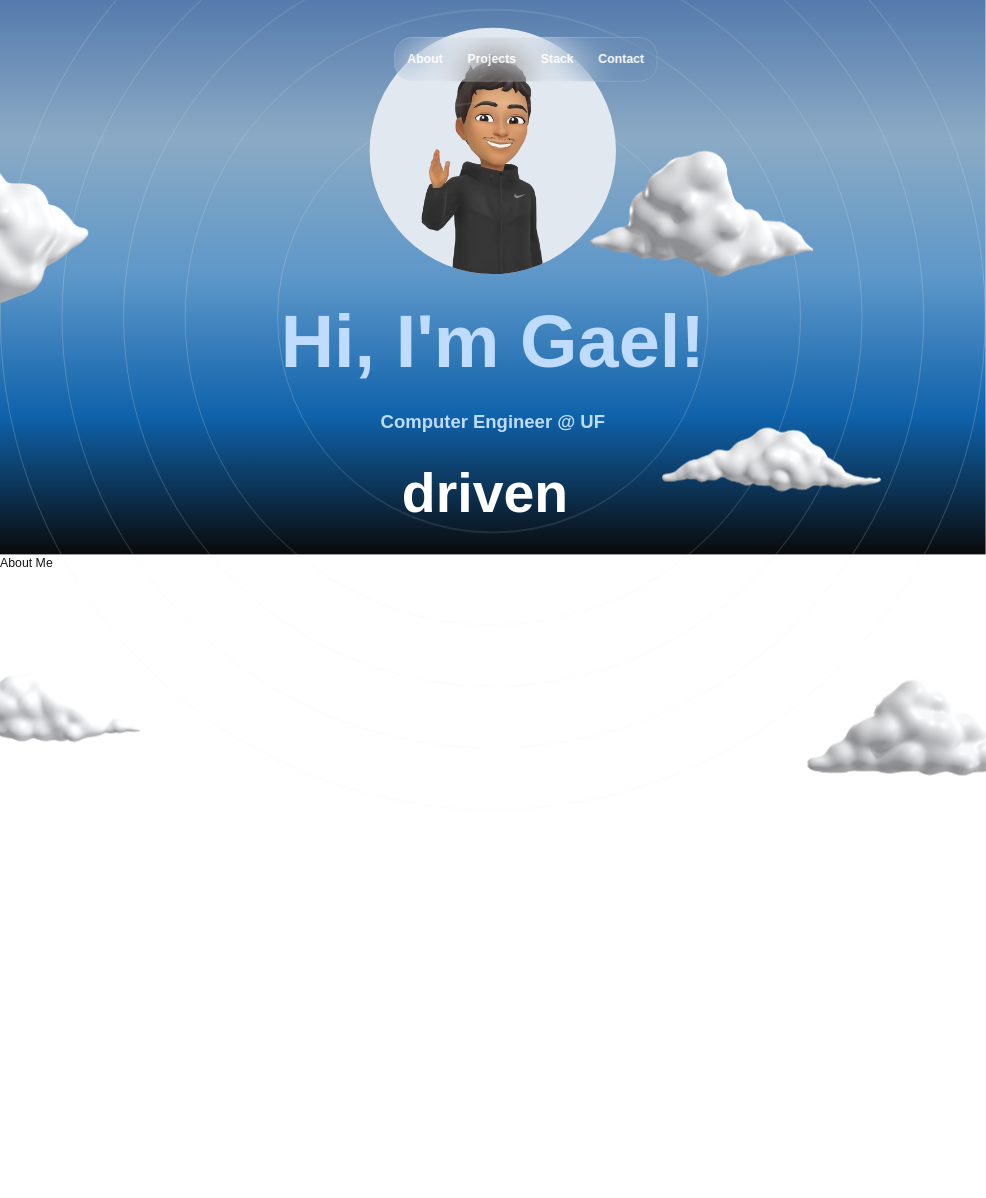
Repository: GG1627/2d-portfolio
Page: /
The author's editor kept a copy of each file at every save. The page is drawn from the files as they stood at one save, then again after the next save.
The browser window is 1280 px wide. The pictures show the part of the page from y = 0 to 1556 px (the page is 5560 px tall), at 77% of full size.
Pictures or frames that could not be fetched are drawn as grey boxes. The project was rebuilt for these pictures with package versions that can differ from the ones it lists, and the page was loaded fresh each time. The framework's server and built-in components were replaced by stand-ins that run in the browser. Also part of the build but not shown: next.config.ts.

Above is the page before, as saved 2025-01-08 10:50:41.

### app/page.tsx
import { Hero } from "./sections/Hero";
import { Stack } from "./sections/Stack";
import { Projects } from "./sections/Projects";
import { Navbar } from "./sections/Navbar";
import { About } from "./sections/About";
import { Contact } from "./sections/Contact";

export default function Home() {
  return (
    <div>
      <Navbar />
      <Hero />
      <About />
      <Projects />
      <Stack />
      <Contact />
    </div>
  );
}

### app/sections/Hero.tsx
"use client";
import Image from "next/image";
import { TypeAnimation } from "react-type-animation";
import React from "react";
import ParallaxClouds from "../components/Clouds";
import Avatar from "./../assets/avatar.png";

export const Hero = () => {
  return (
    <div
      style={{
        background:
          "linear-gradient(180deg, #557BAD, #8BAAC4, #5D97C9, #0F62AB, #0a0a0a)",
      }}
      className="overflow-x-clip min-h-screen pb-2 flex items-center justify-center relative"
    >
      <div className="container mx-auto space-y-10 flex items-center justify-center flex-col text-center">
        <div className="w-[320px] h-[320px] rounded-full overflow-hidden bg-slate-200">
          <Image
            src={Avatar}
            alt="avatar"
            className="object-cover"
            width={320}
            height={320}
          />
        </div>
        <h1 className="text-blue-200 font-extrabold text-8xl">Hi, I'm Gael!</h1>
        <p className="text-blue-200 text-2xl font-semibold max-w-[500px]">
          Computer Engineer @ UF
        </p>
        <TypeAnimation
          className="text-7xl text-white inline-block font-extrabold"
          wrapper="h1"
          cursor={true}
          repeat={Infinity}
          sequence={[
            "leader",
            1000,
            "creative",
            1000,
            "passionate",
            1000,
            "driven",
            1000,
            "adaptable",
            1000,
            "ambitious",
            1000,
          ]}
        />
        <ParallaxClouds />
      </div>
    </div>
  );
};

### app/sections/Stack.tsx
"use client";
import React, { useEffect } from "react";
import {
  SiReact,
  SiNodedotjs,
  SiCplusplus,
  SiPython,
  SiThreedotjs,
  SiNextdotjs,
  SiFirebase,
  SiRedux,
  SiJavascript,
  SiTypescript,
} from "react-icons/si";
import { motion, useAnimation } from "framer-motion";
import { useInView } from "react-intersection-observer";

const stackItems = [
  {
    id: 1,
    name: "C++",
    icon: <SiCplusplus size={100} />,
    color: "text-sky-400",
  },
  {
    id: 2,
    name: "Python",
    icon: <SiPython size={100} />,
    color: "text-sky-400",
  },
  {
    id: 3,
    name: "JavaScript",
    icon: <SiJavascript size={100} />,
    color: "text-sky-400",
  },
  {
    id: 4,
    name: "TypeScript",
    icon: <SiTypescript size={100} />,
    color: "text-sky-400",
  },
  {
    id: 5,
    name: "React",
    icon: <SiReact size={100} />,
    color: "text-sky-400",
  },
  {
    id: 6,
    name: "Node.js",
    icon: <SiNodedotjs size={100} />,
    color: "text-sky-400",
  },
  {
    id: 7,
    name: "Three.js",
    icon: <SiThreedotjs size={100} />,
    color: "text-sky-400",
  },
  {
    id: 8,
    name: "Next.js",
    icon: <SiNextdotjs size={100} />,
    color: "text-sky-400",
  },
  {
    id: 9,
    name: "Firebase",
    icon: <SiFirebase size={100} />,
    color: "text-sky-400",
  },
  {
    id: 10,
    name: "Redux",
    icon: <SiRedux size={100} />,
    color: "text-sky-400",
  },
];

const itemVariants = {
  hidden: (index: number) => ({
    opacity: 0,
    x: index % 2 === 0 ? -100 : 100,
  }),
  visible: {
    opacity: 1,
    x: 0,
    transition: {
      duration: 3,
    },
  },
};

export const Stack = () => {
  const controls = useAnimation();
  const [ref, inView] = useInView({
    threshold: 0.1,
  });

  useEffect(() => {
    if (inView) {
      controls.start("visible");
    } else {
      controls.start("hidden");
    }
  }, [controls, inView]);

  return (
    <section className="">
      <div className=" max-w-[250px] mx-auto text-center">
        <h2 className="text-7xl text-gray-200 font-bold mb-10">My Stack</h2>
        <div className="grid gap-8" ref={ref}>
          {stackItems.map((item, index) => (
            <motion.div
              key={item.id}
              custom={index}
              initial="hidden"
              animate={controls}
              variants={itemVariants}
              className="bg-white/10 flex justify-center items-center flex-row rounded-xl shadow-lg p-4 hover:shadow-2xl"
            >
              <div className={`mb-4 ${item.color}`}>{item.icon}</div>
              <p className="text-white/20 text-3xl transform rotate-[-90deg]">
                {item.name}
              </p>
            </motion.div>
          ))}
        </div>
      </div>
    </section>
  );
};

### app/sections/Projects.tsx
import React from "react";
import ProjectCard from "../components/ProjectCard";

const projectsData = [
  {
    id: 1,
    title: "3D Portfolio",
    description:
      "An immersive, fully interactive 3D portfolio that seamlessly integrates 2D elements, providing a dynamic and engaging experience for users to explore the app in a visually compelling environment.",
    image: "images/netflix.png",
    tag: ["All", "Web"],
    gitUrl: "/",
    previewUrl: "/",
    tools: [
      "TypeScript",
      "React",
      "React-Three-Fiber",
      "Three.js",
      "GSAP",
      "HTML",
      "CSS",
    ],
  },
  {
    id: 2,
    title: "2D Portfolio",
    description:
      "A dynamic portfolio featuring engaging animations, designed to serve as a 2D component within my 3D portfolio project.",
    image: "images/netflix.png",
    tag: ["All", "Web"],
    gitUrl: "/",
    previewUrl: "/",
    tools: [
      "TypeScript",
      "React",
      "Next.js",
      "Framer Motion",
      "Parallax",
      "HTML",
      "Tailwind CSS",
      "Vercel",
    ],
  },
  {
    id: 3,
    title: "Netflix Clone",
    description:
      "Developed a fully functional Netflix clone with user authentication, movie browsing, subscription management, and recurring payments, delivering an immersive streaming experience.",
    image: "images/netflix.png",
    tag: ["All", "Web"],
    gitUrl: "https://github.com/GG1627/Netflix-clone",
    previewUrl: "https://movieappv2-8361c.web.app/",
    tools: [
      "JavaScript",
      "React",
      "Redux",
      "Firebase",
      "Stripe",
      "API",
      "HTML",
      "CSS",
    ],
  },
  {
    id: 4,
    title: "Game Twin",
    description:
      "Developed a web application that uses Quick Sort and Cocktail Sort algorithms to provide personalized video game recommendations based on parameters such as Metacritic ratings and achievements, leveraging a dataset of over 470,000 games.",
    image: "images/gameTwin.png",
    tag: ["All", "Web"],
    gitUrl: "https://github.com/GG1627/Game-Twin",
    previewUrl: "https://game-twin.onrender.com/",
    tools: ["C++", "Python", "Django", "Flask", "HTML", "CSS"],
  },
  {
    id: 5,
    title: "Manim Data Structures",
    description:
      "Collaborating on an open-source project to develop a Python plugin with the Manim library for animating and visualizing data structures, enhancing the understanding of complex algorithms.",
    image: "images/manim.png",
    tag: ["All", "Web"],
    gitUrl: "https://github.com/ufosc/manim-data-structures",
    previewUrl: "",
    tools: ["Python", "Manim", "Mobjects"],
  },
  {
    id: 6,
    title: "Minesweeper",
    description:
      "Recreated the classic Minesweeper game with full functionality, including a timer, mine count, flag placement, and leaderboard, offering an engaging and complete user experience.",
    image: "images/minesweeper.png",
    tag: ["All", "Web"],
    gitUrl: "https://github.com/GG1627/MineSweeper",
    previewUrl: "",
    tools: ["C++", "SFML", "Chronos"],
  },
];

export const Projects = () => {
  return (
    <>
      <h2 className="text-center text-6xl font-bold text-white mt-4 mb-10">
        My Projects
      </h2>
      <div className="grid md:grid-cols-3 gap-8 md:gap-12 px-10">
        {projectsData.map((project) => (
          <ProjectCard
            key={project.id}
            title={project.title}
            description={project.description}
            imgUrl={project.image}
            gitUrl={project.gitUrl}
            previewUrl={project.previewUrl}
            tools={project.tools}
          />
        ))}
      </div>
    </>
  );
};

### app/sections/Navbar.tsx
"use client";
import React, { useState } from "react";
import { AiOutlineMenu, AiOutlineClose } from "react-icons/ai";
import { motion } from "framer-motion";

const navLinks = [
  { title: "About", path: "#about" },
  { title: "Projects", path: "#Projects" },
  { title: "Stack", path: "#Stack" },
  { title: "Contact", path: "#Contact" },
];

export const Navbar = () => {
  const [nav, setNav] = useState(false);

  const toggleNav = () => {
    setNav(!nav);
  };

  const closeNav = () => {
    setNav(false);
  };

  const menuVariants = {
    open: {
      x: 0,
      transition: {
        stiffness: 20,
        damping: 15,
      },
    },
    close: {
      x: "-100%",
      transition: {
        stiffness: 20,
        damping: 15,
      },
    },
  };

  return (
    <div className="z-50 fixed left-[40%] text-white font-bold">
      <div className="border border-white/20 mt-12 backdrop-blur-xl rounded-3xl hidden md:flex items-center justify-center p-2 max-w-[400px] mx-auto">
        <ul className="flex flex-row p-2 space-x-8">
          {navLinks.map((link, index) => (
            <li key={index}>
              <a
                href={link.path}
                className="transform hover:skew-x-12 hover:text-white/50 transition-all duration-300 ease-in-out"
              >
                {link.title}
              </a>
            </li>
          ))}
        </ul>
      </div>

      <div
        onClick={toggleNav}
        className="z-50 md:hidden absolute top-5 left-5 border rounded text-white/70 border-white/70 p-2"
      >
        {nav ? <AiOutlineClose size={30} /> : <AiOutlineMenu size={30} />}
      </div>

      <motion.div
        initial={false}
        animate={nav ? "open" : "closed"}
        variants={menuVariants}
        className="fixed left-0 top-0 w-full h-full bg-black/90 hidden md:hidden"
      >
        <ul className="flex flex-col items-center justify-center space-y-8 h-full">
          {navLinks.map((link, index) => (
            <li key={index}>
              <a href={link.path} onClick={closeNav} className="text-5xl">
                {link.title}
              </a>
            </li>
          ))}
        </ul>
      </motion.div>
    </div>
  );
};

### app/sections/About.tsx
export const About = () => {
  return <div className="w-full h-screen">About Me</div>;
};

### app/sections/Contact.tsx
export const Contact = () => {
  return <div className="w-full h-screen">Contact</div>;
};

### app/components/Clouds.tsx
import React, { useEffect, useState } from "react";
import Cloud1 from "./../assets/cloud1.png";
import Cloud2 from "./../assets/cloud2.png";
import Cloud3 from "./../assets/cloud3.png";
import Cloud4 from "./../assets/cloud4.png";
import Cloud5 from "./../assets/cloud5.png";
import Image from "next/image";
import { Circles } from "./Circles";

const ParallaxClouds = () => {
  const [mousePosition, setMousePosition] = useState({ x: 0, y: 0 });
  const [cloudsPosition, setCloudsPosition] = useState({
    cloud1: { x: 0, y: 0 },
    cloud2: { x: 0, y: 0 },
    cloud3: { x: 0, y: 0 },
    cloud4: { x: 0, y: 0 },
    cloud5: { x: 0, y: 0 },
  });

  // Track mouse position
  const handleMouseMove = (e: MouseEvent) => {
    const { clientX, clientY } = e;
    setMousePosition({ x: clientX, y: clientY });
  };

  // Calculate cloud positions based on mouse position
  useEffect(() => {
    const updateCloudPositions = () => {
      setCloudsPosition({
        cloud1: {
          x: (mousePosition.x - window.innerWidth / 2) * 0.05,
          y: (mousePosition.y - window.innerHeight / 2) * 0.05,
        },
        cloud2: {
          x: (mousePosition.x - window.innerWidth / 2) * 0.1,
          y: (mousePosition.y - window.innerHeight / 2) * 0.1,
        },
        cloud3: {
          x: (mousePosition.x - window.innerWidth / 2) * 0.15,
          y: (mousePosition.y - window.innerHeight / 2) * 0.15,
        },
        cloud4: {
          x: (mousePosition.x - window.innerWidth / 2) * 0.2,
          y: (mousePosition.y - window.innerHeight / 2) * 0.2,
        },
        cloud5: {
          x: (mousePosition.x - window.innerWidth / 2) * 0.25,
          y: (mousePosition.y - window.innerHeight / 2) * 0.25,
        },
      });
    };

    updateCloudPositions();
  }, [mousePosition]); // Update whenever the mouse position changes

  // Add event listener for mouse movement
  useEffect(() => {
    window.addEventListener("mousemove", handleMouseMove);

    // Clean up the event listener
    return () => {
      window.removeEventListener("mousemove", handleMouseMove);
    };
  }, []);

  return (
    <div className="absolute top-[-35%] left-[50%] w-[78rem] -translate-x-1/2 aspect-square">
      <Circles />
      <Image
        src={Cloud1}
        alt="cloud 1"
        className="absolute"
        style={{
          left: `calc(-7% + ${cloudsPosition.cloud1.x}px)`,
          top: `calc(80% + ${cloudsPosition.cloud1.y}px)`,
          width: "300px", // Make the cloud smaller
          transition: "transform 0.1s ease-out",
        }}
      />
      <Image
        src={Cloud2}
        alt="cloud 2"
        className="absolute"
        style={{
          left: `calc(65% + ${cloudsPosition.cloud2.x}px)`,
          top: `calc(30% + ${cloudsPosition.cloud2.y}px)`,
          width: "300px", // Make the cloud smaller
          transition: "transform 0.1s ease-out",
        }}
      />
      <Image
        src={Cloud3}
        alt="cloud 3"
        className="absolute"
        style={{
          left: `calc(90% + ${cloudsPosition.cloud3.x}px)`,
          top: `calc(85% + ${cloudsPosition.cloud3.y}px)`,
          width: "300px", // Make the cloud smaller
          transition: "transform 0.1s ease-out",
        }}
      />
      <Image
        src={Cloud4}
        alt="cloud 4"
        className="absolute"
        style={{
          left: `calc(-5% + ${cloudsPosition.cloud4.x}px)`,
          top: `calc(35% + ${cloudsPosition.cloud4.y}px)`,
          width: "300px", // Make the cloud smaller
          transition: "transform 0.1s ease-out",
        }}
      />
      <Image
        src={Cloud5}
        alt="cloud 5"
        className="absolute"
        style={{
          left: `calc(80% + ${cloudsPosition.cloud5.x}px)`,
          top: `calc(60% + ${cloudsPosition.cloud5.y}px)`,
          width: "300px", // Make the cloud smaller

          transition: "transform 0.1s ease-out",
        }}
      />
    </div>
  );
};

export default ParallaxClouds;

### app/components/ProjectCard.tsx
"use client";
import React from "react";
import { CodeBracketIcon, EyeIcon } from "@heroicons/react/24/outline";
import Link from "next/link";

interface ProjectCardProps {
  imgUrl: string;
  title: string;
  description: string;
  gitUrl: string;
  previewUrl: string;
  tools: string[]; // tools as an array of strings
}

const ProjectCard: React.FC<ProjectCardProps> = ({
  imgUrl,
  title,
  description,
  gitUrl,
  previewUrl,
  tools,
}) => {
  return (
    <div>
      <div
        className="h-52 md:h-72 rounded-t-xl relative group"
        style={{ background: `url(${imgUrl})`, backgroundSize: "cover" }}
      >
        <div className="overlay items-center justify-center absolute top-0 left-0 w-full h-full bg-[#181818] bg-opacity-0 hidden group-hover:flex group-hover:bg-opacity-80 transition-all duration-500">
          <Link
            href={gitUrl}
            className="h-14 mr-2 w-14 border-2 relative rounded-full border-[#ADB7BE] hover:border-white group/link"
          >
            <CodeBracketIcon className="h-10 w-10 text-[#ADB7BE] absolute top-1/2 left-1/2 transform -translate-x-1/2 -translate-y-1/2 cursor-pointer group-hover/link:text-white" />
          </Link>
          {previewUrl && (
            <Link
              href={previewUrl}
              className="h-14 w-14 border-2 relative rounded-full border-[#ADB7BE] hover:border-white group/link"
            >
              <EyeIcon className="h-10 w-10 text-[#ADB7BE] absolute top-1/2 left-1/2 transform -translate-x-1/2 -translate-y-1/2 cursor-pointer group-hover/link:text-white" />
            </Link>
          )}
        </div>
      </div>
      <div className="text-white rounded-b-xl mt-2 bg-[#0a0a0a] py-6 px-4">
        <h5 className="text-xl font-semibold mb-2 text-[#5D97C9]">{title}</h5>
        <p className="text-[#ADB7BE]">{description}</p>
        {/* Tools section */}
        <div className="mt-4">
          <h6 className="text-[#ADB7BE] font-semibold mb-2">Tools Used:</h6>
          <div className="flex flex-wrap gap-2">
            {tools.map((tool, index) => (
              <span
                key={index}
                className="bg-[#5D97C9] bg-opacity-[10%] text-[#5D97C9] px-4 py-1 rounded-full text-sm"
              >
                {tool}
              </span>
            ))}
          </div>
        </div>
      </div>
    </div>
  );
};

export default ProjectCard;

### app/components/Circles.tsx
export const Circles = () => {
  return (
    <>
      <div className="aspect-square absolute opacity-30 top-1/2 left-1/2 w-[60rem] border rounded-full -translate-x-1/2 -translate-y-1/2"></div>
      <div className="aspect-square absolute opacity-30 top-1/2 left-1/2 w-[50rem] border rounded-full -translate-x-1/2 -translate-y-1/2"></div>
      <div className="aspect-square absolute opacity-30 top-1/2 left-1/2 w-[35rem] border rounded-full -translate-x-1/2 -translate-y-1/2"></div>
      {/* <div className="aspect-square absolute opacity-30 top-1/2 left-1/2 w-[20rem] border rounded-full -translate-x-1/2 -translate-y-1/2"></div> */}
      <div className="aspect-square absolute opacity-30 top-1/2 left-1/2 w-[70rem] border rounded-full -translate-x-1/2 -translate-y-1/2"></div>
      <div className="aspect-square absolute opacity-30 top-1/2 left-1/2 w-[80rem] border rounded-full -translate-x-1/2 -translate-y-1/2"></div>
    </>
  );
};

### tailwind.config.ts
import type { Config } from "tailwindcss";

export default {
  content: [
    "./pages/**/*.{js,ts,jsx,tsx,mdx}",
    "./components/**/*.{js,ts,jsx,tsx,mdx}",
    "./app/**/*.{js,ts,jsx,tsx,mdx}",
  ],
  theme: {
    extend: {
      colors: {
        background: "var(--background)",
        foreground: "var(--foreground)",
      },
    },
    screens: {
      sm: "640px",
      md: "768px",
      lg: "1024px",
      xl: "1280px",
    },
  },
  plugins: [],
} satisfies Config;

Loaded but not shown: app/layout.tsx (common file); app/globals.css (common file)

After the next save:
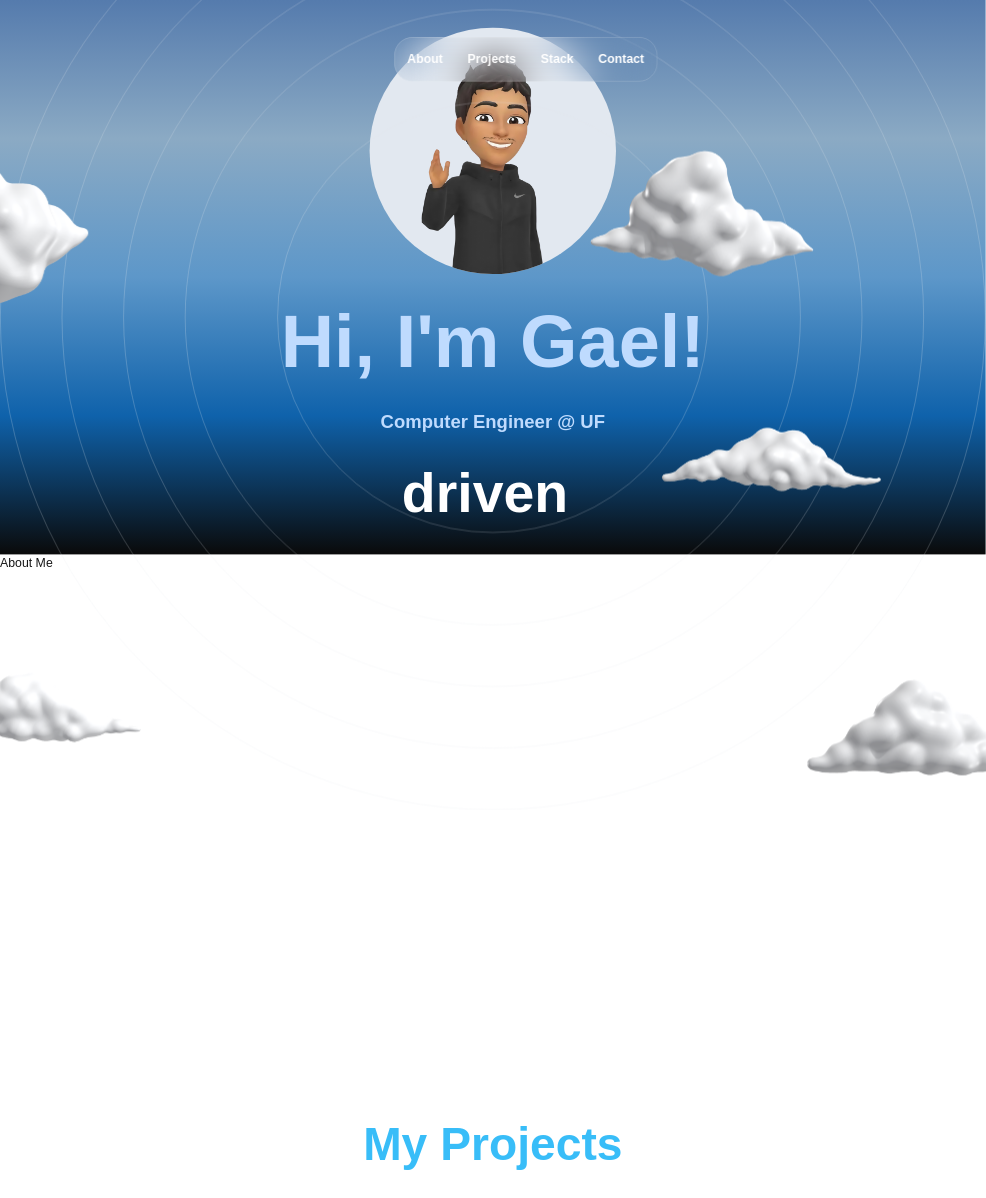
Saved 28 s later.
--- a/app/sections/Projects.tsx
+++ b/app/sections/Projects.tsx
@@ -99,7 +99,7 @@
 export const Projects = () => {
   return (
     <>
-      <h2 className="text-center text-6xl font-bold text-white mt-4 mb-10">
+      <h2 className="text-center text-6xl font-bold text-sky-400 mt-4 mb-10">
         My Projects
       </h2>
       <div className="grid md:grid-cols-3 gap-8 md:gap-12 px-10">
